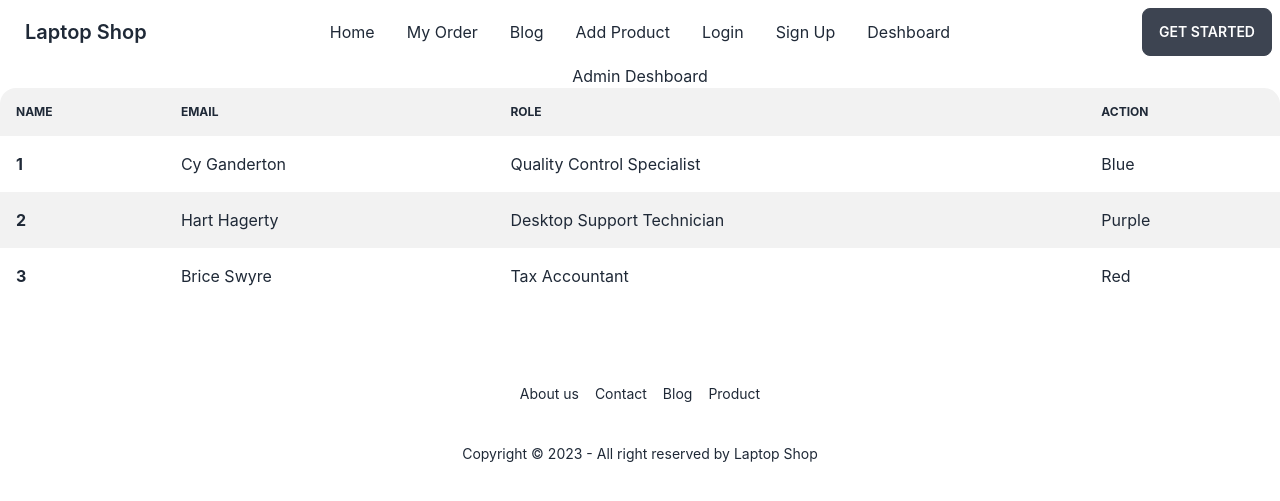
Repository: mdsajib50/E-commerce
Page: /deshboard
The author's editor kept a copy of each file at every save. The page is drawn from the files as they stood at one save, then again after the next save.
The browser window is 1280 px wide. The pictures show the whole page.
The project was rebuilt for these pictures with package versions that can differ from the ones it lists, and the page was loaded fresh each time. Also part of the build but not shown: src/Pages/AddProduct/AddProduct.js, src/Pages/Error/Error.js, src/Pages/Home/Banner/Banner.js, src/Pages/Home/Product/ProductCard.js, src/Pages/Home/Product/Product.js, src/Pages/Home/Home/Home.js, src/Pages/Home/Product/ProductCategory.js, src/Pages/Login/Login.js and 1 more.

Above is the page before, as saved 2023-01-12 20:28:14.

After the next save:
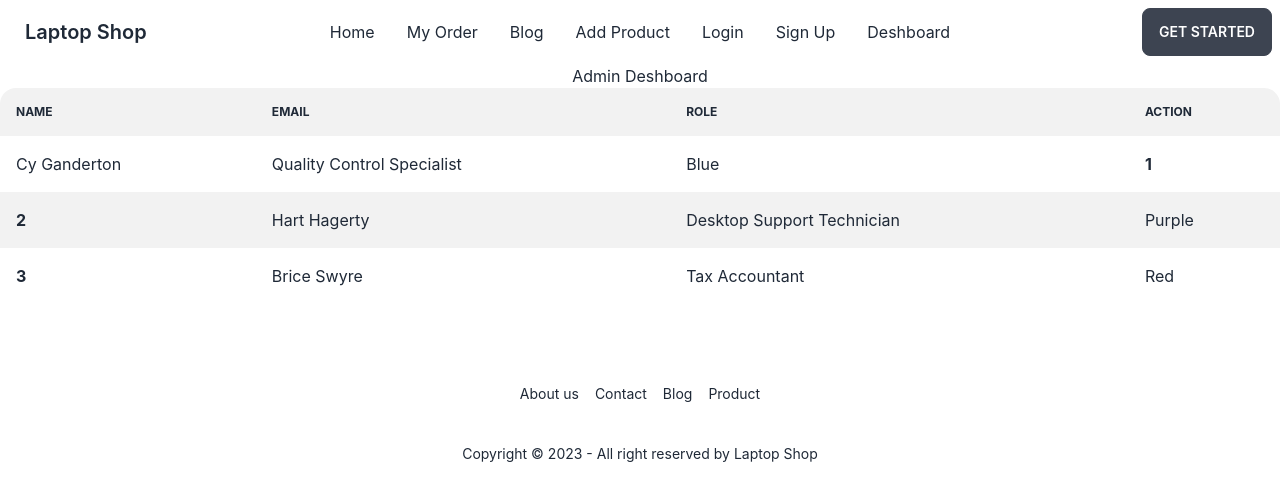
Saved 19 s later.
--- a/src/Pages/Deshboard/AllUser/AllUser.js
+++ b/src/Pages/Deshboard/AllUser/AllUser.js
@@ -16,10 +16,10 @@ const AllUser = () => {
     <tbody>
 
       <tr>
-        <th>1</th>
         <td>Cy Ganderton</td>
         <td>Quality Control Specialist</td>
         <td>Blue</td>
+        <th>1</th>
       </tr>
 
       <tr>
